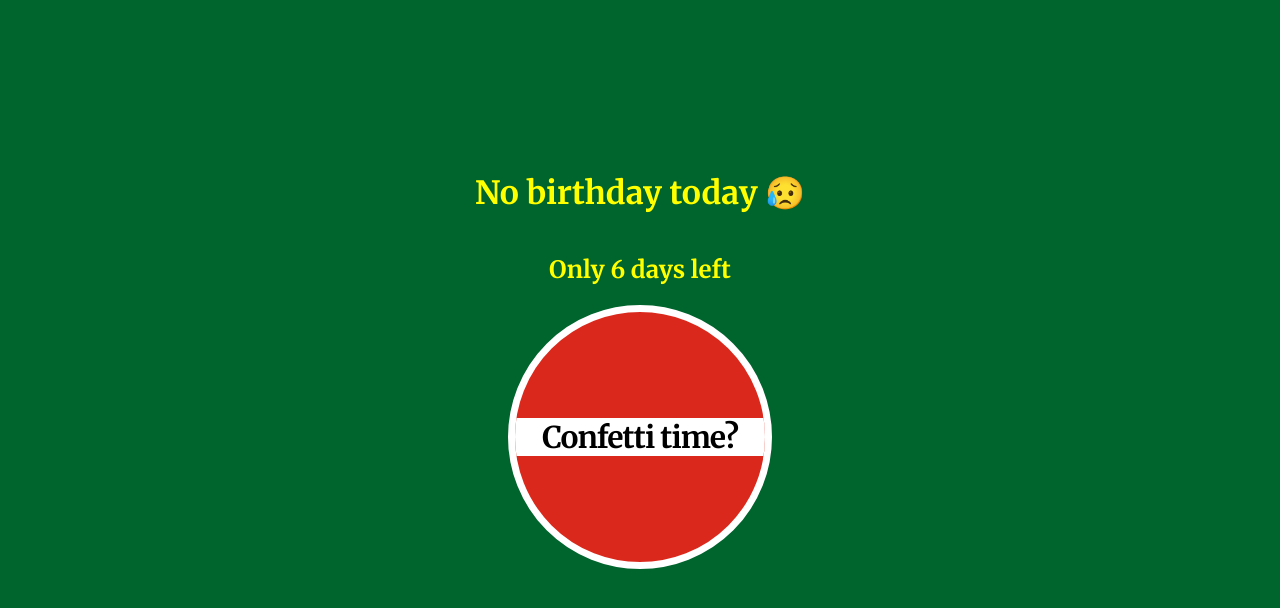
Repository: David-Waite/HannahsBirthdayWebsite
Page: /
An editor plug-in stored every save of this project. The page is shown before and after a run of saves, followed by the edit.
The browser window is 1280 px wide. The pictures show the whole page.
The project was rebuilt for these pictures with package versions that can differ from the ones it lists, and the page was loaded fresh each time.

Above is the page before, as saved 2023-03-30 18:33:48.

After the next 2 saves:
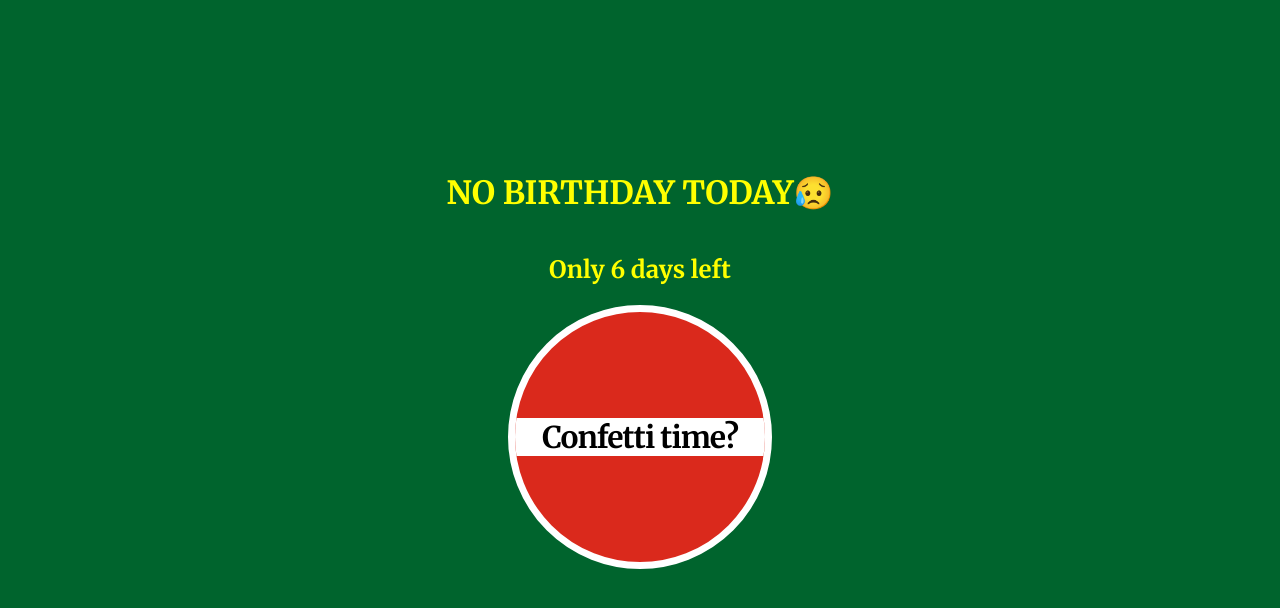
The 2 saves are shown as one change because they came seconds apart.
The last was saved 20 s later.
--- a/src/App.js
+++ b/src/App.js
@@ -49,7 +49,7 @@ function App() {
   } else {
     birthdayText = (
       <>
-        <h1>No birthday today 😥</h1>
+        <h1>NO BIRTHDAY TODAY😥</h1>
         <h2>Only {Math.ceil(getDaysUntilBirthday())} days left</h2>
       </>
     );
